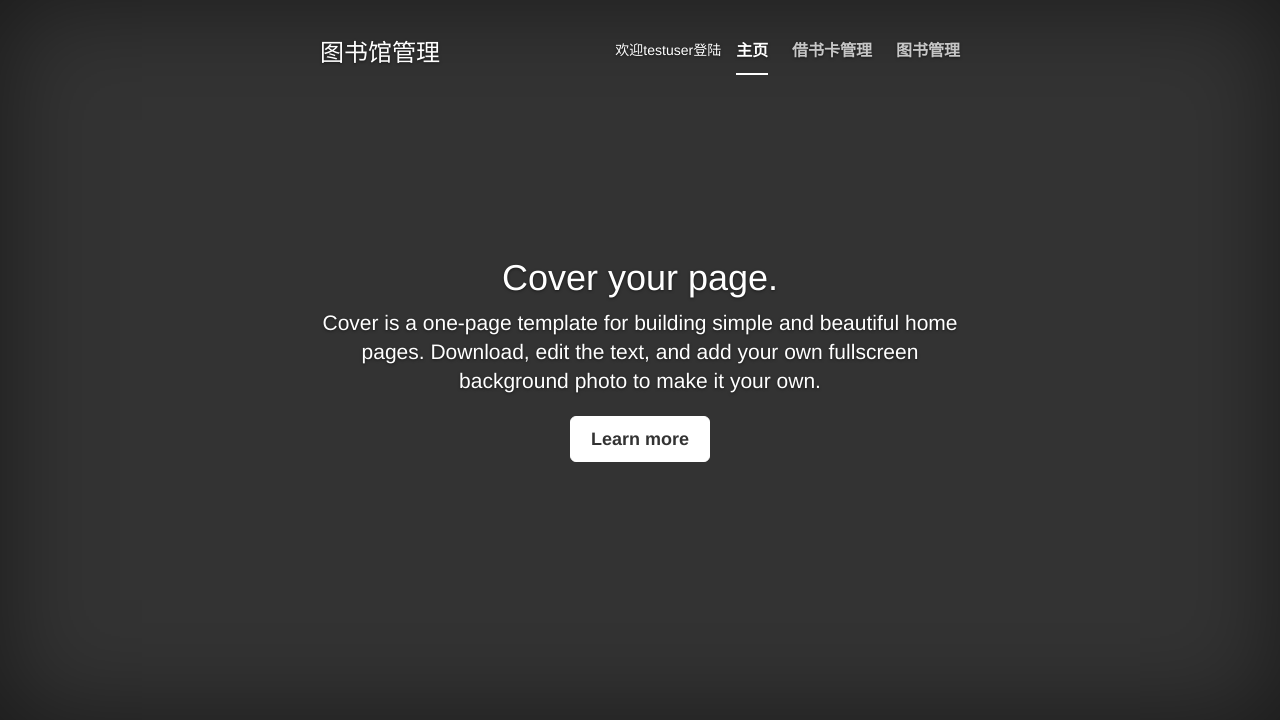
Repository: chaice/code
Page: http://localhost/web6/home
An editor plug-in stored every save of this project. The page is shown before and after the next save, followed by the edit.
The browser window is 1280 px wide. The pictures show the whole page.
Some web libraries are served in a nearby version. The page is served by Tomcat 9. The session is filled in as if someone had signed in: {"username": "testuser"}. Other server files are loaded and not shown.

Above is the page before, as saved 2016-06-01 09:40:25.

### web6/WebContent/WEB-INF/views/home.jsp
<%@ page language="java" contentType="text/html; charset=UTF-8"
    pageEncoding="UTF-8"%>
<!DOCTYPE html>
<html>
<head>
<meta charset="UTF-8">
<title>主页</title>
   <%@include file="head.jsp"%>
          <div class="inner cover">
            <h1 class="cover-heading">Cover your page.</h1>
            <p class="lead">Cover is a one-page template for building simple and beautiful home pages. Download, edit the text, and add your own fullscreen background photo to make it your own.</p>
            <p class="lead">
              <a href="#" class="btn btn-lg btn-default">Learn more</a>
            </p>
          </div>
        </div>
      </div>
    </div>
    <script src="//cdn.bootcss.com/jquery/1.11.3/jquery.min.js"></script>
    <script src="//cdn.bootcss.com/bootstrap/3.3.5/js/bootstrap.min.js"></script>

</body>
</html>

### web6/WebContent/WEB-INF/views/head.jsp
<%@ page language="java" contentType="text/html; charset=UTF-8"
	pageEncoding="UTF-8"%>
<link href="//cdn.bootcss.com/bootstrap/3.3.5/css/bootstrap.min.css"
	rel="stylesheet">
<style>
a,a:focus,a:hover {
	color: #fff;
}

.btn-default,.btn-default:hover,.btn-default:focus {
	color: #333;
	text-shadow: none;
	background-color: #fff;
	border: 1px solid #fff;
}

html,body {
	height: 100%;
	background-color: #333;
}

body {
	color: #fff;
	text-align: center;
	text-shadow: 0 1px 3px rgba(0, 0, 0, .5);
}

.site-wrapper {
	display: table;
	width: 100%;
	height: 100%;
	min-height: 100%;
	-webkit-box-shadow: inset 0 0 100px rgba(0, 0, 0, .5);
	box-shadow: inset 0 0 100px rgba(0, 0, 0, .5);
}

.site-wrapper-inner {
	display: table-cell;
	vertical-align: top;
}

.cover-container {
	margin-right: auto;
	margin-left: auto;
}

.inner {
	padding: 30px;
}

.masthead-brand {
	margin-top: 10px;
	margin-bottom: 10px;
}

.masthead-nav>li {
	display: inline-block;
}

.masthead-nav>li+li {
	margin-left: 20px;
}

.masthead-nav>li>a {
	padding-right: 0;
	padding-left: 0;
	font-size: 16px;
	font-weight: bold;
	color: #fff; /* IE8 proofing */
	color: rgba(255, 255, 255, .75);
	border-bottom: 2px solid transparent;
}

.masthead-nav>li>a:hover,.masthead-nav>li>a:focus {
	background-color: transparent;
	border-bottom-color: #a9a9a9;
	border-bottom-color: rgba(255, 255, 255, .25);
}

.masthead-nav>.active>a,.masthead-nav>.active>a:hover,.masthead-nav>.active>a:focus
	{
	color: #fff;
	border-bottom-color: #fff;
}

@media ( min-width : 768px) {
	.masthead-brand {
		float: left;
	}
	.masthead-nav {
		float: right;
	}
}

.cover {
	padding: 0 20px;
}

.cover .btn-lg {
	padding: 10px 20px;
	font-weight: bold;
}

.mastfoot {
	color: #999; /* IE8 proofing */
	color: rgba(255, 255, 255, .5);
}

@media ( min-width : 768px) {
	.masthead {
		position: fixed;
		top: 0;
	}
	.mastfoot {
		position: fixed;
		bottom: 0;
	}
	.site-wrapper-inner {
		vertical-align: middle;
	}
	.masthead,.mastfoot,.cover-container {
		width: 100%;
	}
}

@media ( min-width : 992px) {
	.masthead,.mastfoot,.cover-container {
		width: 700px;
	}
}
</style>
</head>
<body>
	<%
		String name = (String) session.getAttribute("username");
		if (name == null) {
			response.sendRedirect("/login");
		}
	%>
	<div class="site-wrapper">
		<div class="site-wrapper-inner">
			<div class="cover-container">
				<div class="masthead clearfix">
					<div class="inner">
						<h3 class="masthead-brand">图书馆管理</h3>
						<nav>
							<ul class="nav masthead-nav">
								<li class="active"><a href="/home">主页</a></li>
								<li><a href="#">借书卡管理</a></li>
								<li><a href="#">图书管理</a></li>
							</ul>
						</nav>
						<ol class="nav" style="float:right">
								<li ><a>欢迎<%=name%>登陆
								</a></li>
							</ol>
					</div>
				</div>

### web6/src/com/ccit/mservlet/Home.java
package com.ccit.mservlet;

import java.io.IOException;
import javax.servlet.ServletException;
import javax.servlet.http.HttpServlet;
import javax.servlet.http.HttpServletRequest;
import javax.servlet.http.HttpServletResponse;

public class Home extends HttpServlet {
	private static final long serialVersionUID = 1L;
    public Home() {
        super();
    }
	protected void doGet(HttpServletRequest request, HttpServletResponse response) throws ServletException, IOException {
		request.getRequestDispatcher("/WEB-INF/views/home.jsp").forward(request, response);
	}
}

After the next save:
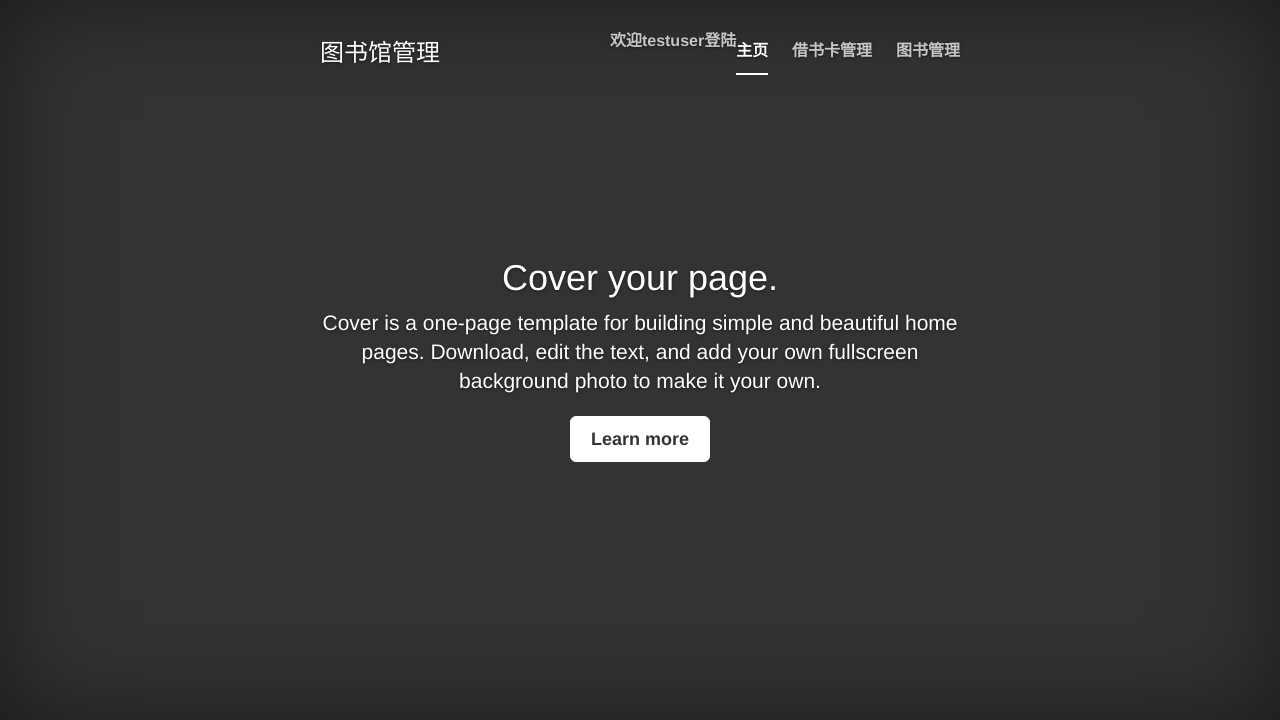
Saved 11 s later.
--- a/web6/WebContent/WEB-INF/views/head.jsp
+++ b/web6/WebContent/WEB-INF/views/head.jsp
@@ -150,7 +150,7 @@ body {
 								<li><a href="#">图书管理</a></li>
 							</ul>
 						</nav>
-						<ol class="nav" style="float:right">
+						<ol class=" masthead-nav" style="float:right">
 								<li ><a>欢迎<%=name%>登陆
 								</a></li>
 							</ol>
